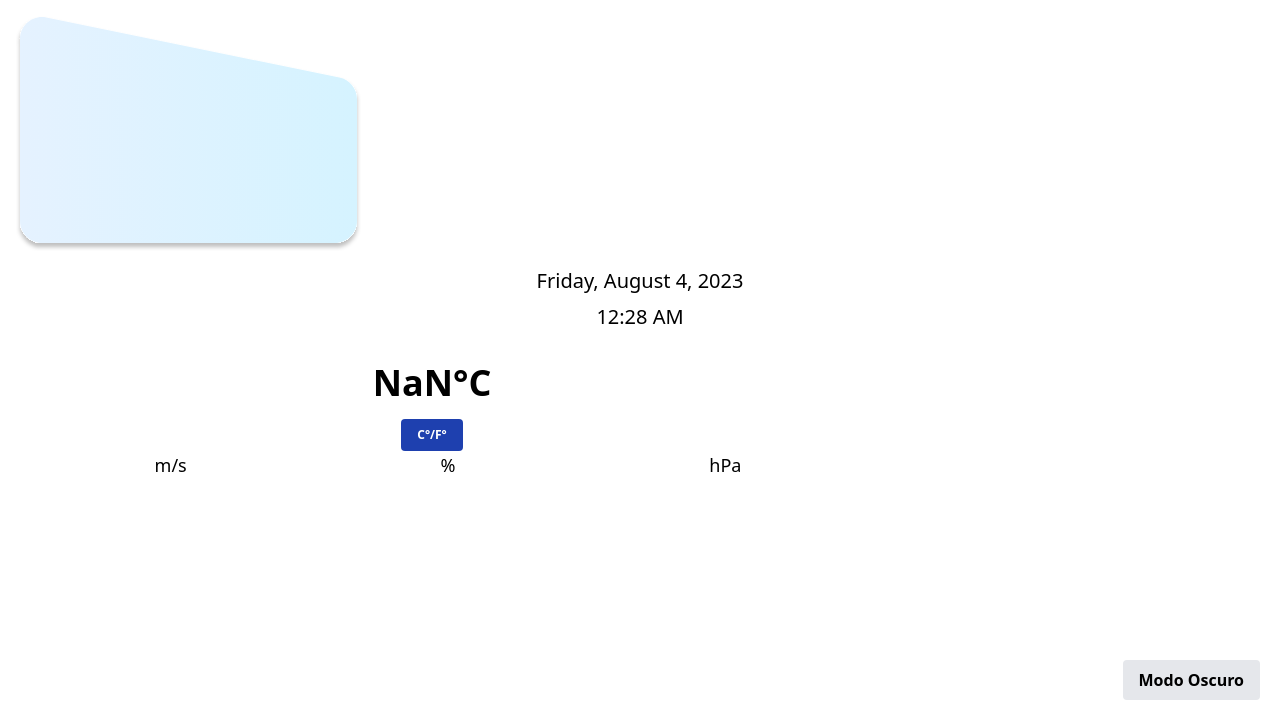
Repository: LukasMoyano/WeatherApp-_-LukasMoyano-_-V-_4.0_6.6.6
Page: /
The author's editor kept a copy of each file at every save. The page is drawn from the files as they stood at one save, then again after the next save.
The browser window is 1280 px wide. The pictures show the whole page.
The page's requests for data from a server got no answer. The project was rebuilt for these pictures with package versions that can differ from the ones it lists, and the page was loaded fresh each time. No one was signed in, and anything a server would have sent is missing. Also part of the build but not shown: vite.config.js.

Above is the page before, as saved 2023-08-06 16:58:26.

After the next save:
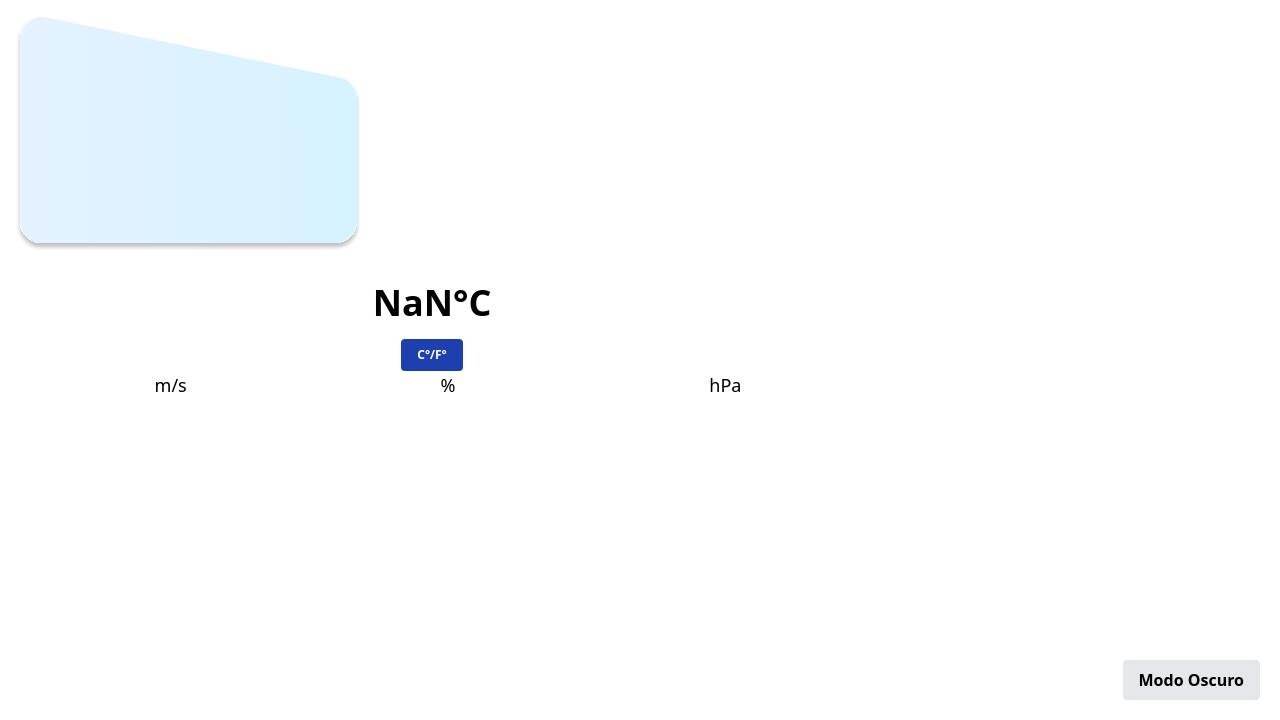
Saved 27 min 53 s later.
--- a/src/components/Weather.jsx
+++ b/src/components/Weather.jsx
@@ -40,6 +40,11 @@ const Weather = ({ weatherInfo, isDarkMode }) => {
           <g filter="url(#filter0_d_524_1390)">
             <path d="M4 22.975C4 9.04637 16.7799 -1.37654 30.4239 1.42433L323.424 61.5717C333.656 63.672 341 72.6772 341 83.1223V205C341 217.15 331.15 227 319 227H26C13.8497 227 4 217.15 4 205V22.975Z" fill="url(#paint0_linear_524_1390)"/>
           </g>
+          <h2 className="text-2xl font-bold mb-4">{weatherInfo?.name}</h2>
+      <p className="text-2xl mb-2">{weatherInfo?.sys?.country}</p>
+      <p className="text-xl mb-2">{date}</p>
+      <p className="text-xl">{time}</p>
+
           <defs>
             <filter id="filter0_d_524_1390" x="0" y="0.967285" width="345" height="234.033" filterUnits="userSpaceOnUse" color-interpolation-filters="sRGB">
               <feFlood flood-opacity="0" result="BackgroundImageFix"/>
@@ -59,10 +64,7 @@ const Weather = ({ weatherInfo, isDarkMode }) => {
           </defs>
         </svg>
       </div>
-      <h2 className="text-2xl font-bold mb-4">{weatherInfo?.name}</h2>
-      <p className="text-2xl mb-2">{weatherInfo?.sys?.country}</p>
-      <p className="text-xl mb-2">{date}</p>
-      <p className="text-xl">{time}</p>
+
 
       <div className="flex flex-col md:flex-row md:items-start mt-4">
         <div className="md:w-2/3 md:mr-4">
